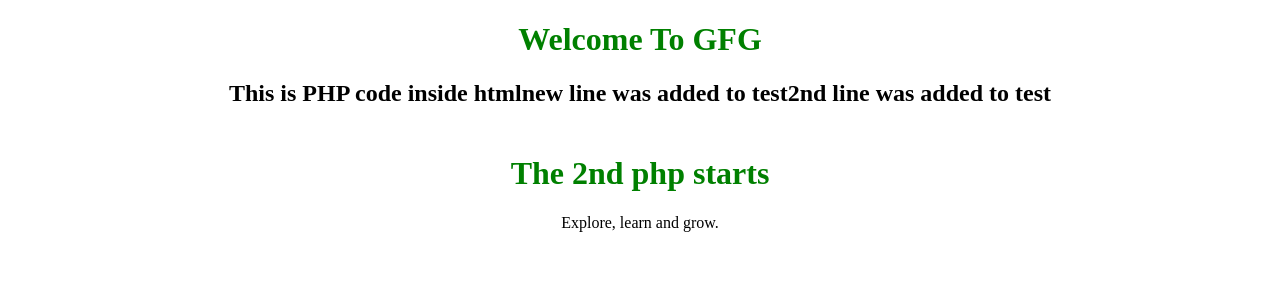
Repository: Ashwin1510/php_projectgh
Page: http://localhost/example.php
The author's editor kept a copy of each file at every save. The page is drawn from the files as they stood at one save, then again after the next save.
The browser window is 1280 px wide. The pictures show the whole page.
The page is run by PHP 8.4 with error messages shown; the project is at /var/www/html/.

Above is the page before, as saved 2022-12-14 11:12:04.

After the next save:
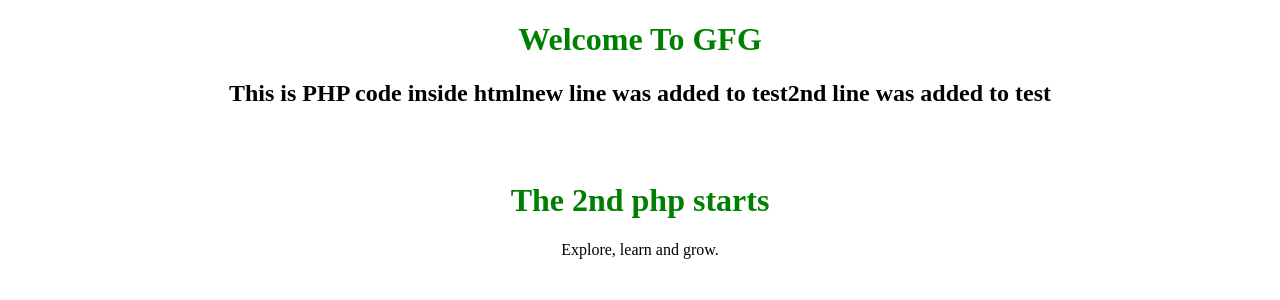
Saved 31 s later.
--- a/example.php
+++ b/example.php
@@ -17,7 +17,7 @@
 			<?php
 			 echo "This is PHP code inside html";
              echo  "new line was added to test";
-			 echo  "2nd  line was added to test";
+			 echo  "2nd  line was added to test<br>";
 			 echo "<br><br>"
 
 			?>
